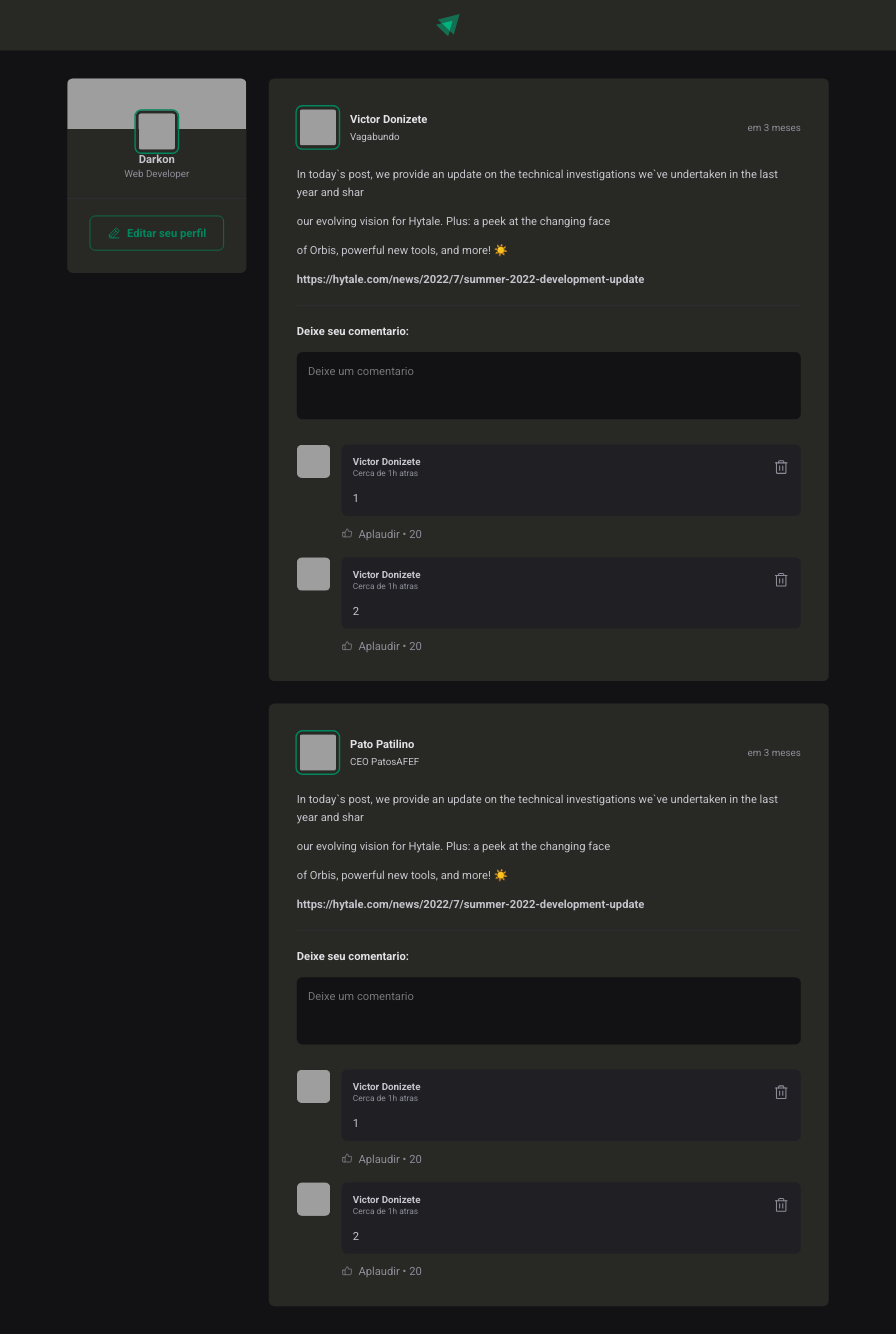
Repository: viviij/PseudoRedeSocial
Page: /
The author's editor kept a copy of each file at every save. The page is drawn from the files as they stood at one save, then again after the next save.
The browser window is 1280 px wide. The pictures show the whole page, at 70% of full size.
Pictures or frames that could not be fetched are drawn as grey boxes. The project was rebuilt for these pictures with package versions that can differ from the ones it lists, and the page was loaded fresh each time. Also part of the build but not shown: vite.config.js.

Above is the page before, as saved 2022-10-20 17:41:59.

### index.html
<!DOCTYPE html>
<html lang="en">
  <head>
    <meta charset="UTF-8" />
    <link rel="preconnect" href="https://fonts.googleapis.com">
    <link rel="preconnect" href="https://fonts.gstatic.com" crossorigin>
    <link rel="icon" type="image/svg+xml" href="/vite.svg" />
    <meta name="viewport" content="width=device-width, initial-scale=1.0" />
    <link href="https://fonts.googleapis.com/css2?family=Roboto:wght@400;700&display=swap" rel="stylesheet">
    <title>RedeSocial</title>
  </head>
  <body>
    <div id="root"></div>
    <script type="module" src="/src/main.jsx"></script>
  </body>
</html>

### src/App.jsx
import { Header } from "./components/header";
import { Sidebar } from "./components/Sidebar"
import { Post } from "./components/Post"

import styles from "./App.module.css"
import "./global.css"

const posts = [
  {
    id: 1,
    author: {
      avatarUrl: 'https://github.com/viviij.png',
      name: 'Victor Donizete',
      role: 'Vagabundo'
    },
    content: [
      {type: 'paragraph', content:  'In today`s post, we provide an update on the technical investigations we`ve undertaken in  the last year and shar'},
      {type: 'paragraph', content: 'our evolving vision for Hytale. Plus: a peek at the changing face'},
      {type: 'paragraph', content: 'of Orbis, powerful new tools, and more! ☀️'},
      {type: 'link', content: 'https://hytale.com/news/2022/7/summer-2022-development-update'},
    ],
    publishedAt: new Date('2022-10-15 20:00:00'),
  },

  {
    id: 2,
    author: {
      avatarUrl: 'https://github.com/pato.png',
      name: 'Pato Patilino',
      role: 'CEO PatosAFEF'
    },
    content: [
      {type: 'paragraph', content:  'In today`s post, we provide an update on the technical investigations we`ve undertaken in  the last year and shar'},
      {type: 'paragraph', content: 'our evolving vision for Hytale. Plus: a peek at the changing face'},
      {type: 'paragraph', content: 'of Orbis, powerful new tools, and more! ☀️'},
      {type: 'link', content: 'https://hytale.com/news/2022/7/summer-2022-development-update'},
    ],
    publishedAt: new Date('2022-10-17 20:00:00'),
  }
]

export function App() {
  return (
    <div>
      <Header />

      <div className={styles.wrapper}>
        <Sidebar />
        <main>
          {posts.map(post => {
            return (
            <Post
              author={post.author}
              content={post.content}
              publishedAt={post.publishedAt}

            />
          )
          })}
        </main>
      </div>
    </div>
  )
}

### src/components/header.jsx
import styles from "./Header.module.css"

import IgniteLogo from '../assets/IgniteLogo.svg'

export function Header() {
  return (
    <header className={styles.header}>
      <img src={IgniteLogo} alt="Logo da ignite" />
    </header>
  )
}

### src/components/Sidebar.jsx
import styles from "./Sidebar.module.css"
import { PencilLine } from "phosphor-react"
import { Avatar } from "./Avatar"

export function Sidebar() {
  return (
    <aside className={styles.sidebar}>
      <img
        className={styles.cover}
        src="https://images.unsplash.com/photo-1659095579647-7c1bbc73b36f?ixlib=rb-1.2.1&ixid=MnwxMjA3fDB8MHxlZGl0b3JpYWwtZmVlZHw1fHx8ZW58MHx8fHw%3D&auto=format&fit=crop&w=500&q=10" alt="plano de fundo"
      />

      <div className={styles.profile}>
        <Avatar
          src="https://github.com/viviij.png"
          alt="Foto de perfil"
        />

        <strong>Darkon</strong>
        <span>Web Developer</span>
      </div>

      <footer>
        <a
          href="#">
          <PencilLine
            size={20}
          />
          Editar seu perfil
        </a>
      </footer>
    </aside>
  )
}

### src/components/Post.jsx
import { format, formatDistanceToNow } from 'date-fns'
import ptBR from 'date-fns/locale/pt-BR'
import {useState} from 'react'

import { Avatar } from "./Avatar"
import { Comment } from "./Comment"
import styles from "./Post.module.css"

export function Post({ author, publishedAt, content }) {

  const [comments, setComments] = useState([
    1,
    2,
  ])

  const publishedDateFormatted = format(publishedAt, "d 'de' LLLL 'às' HH:mm'h'", {
    locale: ptBR,
  })

  const publishedDateRelativeToNow = formatDistanceToNow(publishedAt, {
    locale: ptBR,
    addSuffix: true,
  })

  function createNewComment (){
    event.preventDefault()

    setComments([...comments, comments.lenght + 1])
  }
  return (
    <article className={styles.post}>
      <header>
        <div className={styles.author}>
          <Avatar src={author.avatarUrl} alt="Foto do perfil" />
          <div className={styles.authorInfo}>
            <strong>{author.name}</strong>
            <span>{author.role}</span>
          </div>
        </div>
        <time title={publishedDateFormatted} dateTime={publishedAt.toISOString()}>{publishedDateRelativeToNow}</time>
      </header>

      <div className={styles.content}>
        {content.map(line => {
          if (line.type == 'paragraph') {
            return <p>{line.content}</p>;
          } else if (line.type == 'link' ) {
            return <p><a href="#">{line.content}</a></p>
          }
        })}
      </div>

      <form onSubmit={createNewComment} className={styles.commentForm}>
        <strong>Deixe seu comentario: </strong>

        <textarea
          placeholder="Deixe um comentario"
        />
        <footer>
          <button type="submit">Comentar</button>

        </footer>
      </form>

      <div className={styles.commentList}>
        {comments.map(comment => {
          console.log(comment)
          return <Comment content={comment}/>
        })}

      </div>
    </article>
  )
}

### src/App.module.css
.wrapper {
  max-width: 70rem;
  margin: 2rem auto;
  padding: 0.5rem 1rem;

  display: grid;
  grid-template-columns: 256px 1fr;
  gap: 2rem;
  align-items: flex-start;

}

@media(max-width: 768px) {
  html {
    font-size: 84.375%;
    /*13.5px*/
  }

  .wrapper {
    grid-template-columns: 1fr;
  }
}

### src/global.css
:root {
  --white: #ffffff;

  --gray-100: #e1e1e6;
  --gray-300: #c4c4cc;
  --gray-400: #8d8d99;
  --gray-600: #323238;
  --gray-700: #29292e;
  --grey-750: #202024;
  --gray-800: #282824;
  --gray-900: #121214;

  --green-300: #00B37E;
  --green-500: #00875f;

  --red-500: #F75A68;
}

:focus {
  outline: transparent;
  box-shadow: 0 0 0 2px var(--green-500)
}

* {
  margin: 0;
  padding: 0;
  box-sizing: border-box;
}

body {
  background: var(--gray-900);
  color: var(--gray-300);
  -webkit-font-smoothing: antialiased;
}

body,
input,
textarea,
button {
  font-family: 'Roboto', sans-serif;
  font-weight: 400;
  font-size: 1rem;
}

### src/components/Sidebar.module.css
.sidebar {
  background: var(--gray-800);
  border-radius: 8px;
  overflow: hidden;
}

.cover {
  width: 100%;
  height: 72px;
  object-fit: cover;
}

.profile {
  display: flex;
  flex-direction: column;
  align-items: center;

  margin-top: calc(0px - 1.5rem - 6px);
}


.prfile strong {
  margin: 1rem;
  color: var(--gray-100);
  line-height: 1.6;
}

.profile span {
  font-size: 0.875rem;
  color: var(--gray-400);
  line-height: 1.6;
}

.sidebar footer {
  border-top: 1px solid var(--gray-600);
  margin-top: 1.5rem;
  padding: 1.5rem 2rem 2rem;
}

.sidebar footer a {
  width: 100%;
  background: transparent;
  color: var(--green-500);
  border: 1px solid var(--green-500);
  border-radius: 8px;
  height: 50px;
  padding: 0 1.5rem;
  font-weight: bold;
  display: block;
  text-decoration: none;

  display: flex;
  align-items: center;
  justify-content: center;

  gap: 0.5rem;

  transition: color 0.5s, background-color 0.5s;
}

.sidebar footer a:hover {
  background: var(--green-500);
  color: var(--white)
}

### src/components/Avatar.jsx
import styles from "./Avatar.module.css"

export function Avatar({ hasBorder = true, src }) {
  return (
    <img
      src={src}
      className={hasBorder ? styles.avatarWithBorder : styles.avatar}
    />
  )
}

### src/components/Comment.jsx
import { ThumbsUp, Trash } from "phosphor-react"
import { Avatar } from "./Avatar"
import styles from "./Comment.module.css"

export function Comment({content}) {
  return (
    <div className={styles.comment}>
      <Avatar hasBorder={false} src="https://github.com/viviij.png" alt="Imagem de perfil" />

      <div className={styles.commentBox}>
        <div className={styles.commentContent}>
          <header>
            <div className={styles.authorAndTime}>
              <strong>Victor Donizete</strong>
              <time
                title="1 de agosto as 00:13h"
                dateTime="2022-05-11 00:13:46">Cerca de 1h atras
              </time>
            </div>

            <button title="deletar comentario">
              <Trash size={24} />
            </button>
          </header>

          <p>{content}</p>
        </div>

        <footer>
          <button>
            <ThumbsUp />
            Aplaudir <span>20</span>
          </button>
        </footer>
      </div>
    </div>
  )
}

### src/components/Post.module.css
.post {
  background: var(--gray-800);
  border-radius: 8px;
  padding: 2.5rem;
}

.post+.post {
  margin-top: 2rem;
}

.content {
  line-height: 1.6;
  color: var(--gray-300);
  margin-top: 1.5rem;
}

.content p {
  margin-top: 1rem;
}

.content a {
  font-weight: bold;
  color: var(--gray-500);
  text-decoration: none;
}

.content a:hover {
  color: var(--green-300);
}

.post>header {
  display: flex;
  align-items: center;
  justify-content: space-between;
}

.post>header time {
  font-size: 0.875rem;
  color: var(--gray-400);
}

.author {
  display: flex;
  align-items: center;
  gap: 1rem;
}

.author img {
  width: calc(3rem + 12px);
  height: calc(3rem + 12px);
  border-radius: 8px;
  border: 4px solid var(--gray-800);
  outline: 2px solid var(--green-500);
}

.authorInfo strong {
  display: block;
  color: var(--gray-100);
  line-height: 1.6;
}

.authorInfo span {
  display: block;
  font-size: 0.875rem;
  color: var(--grey-400);
  line-height: 1.6;
}

.commentForm {
  width: 100%;
  margin-top: 1.5rem;
  padding-top: 1.5rem;
  border-top: 1px solid var(--gray-600);
}

.commentForm>strong {
  line-height: 1.6;
  color: var(--gray-100);
}

.commentForm textarea {
  width: 100%;
  background: var(--gray-900);
  border: 0;
  resize: none;
  height: 6rem;
  padding: 1rem;
  border-radius: 8px;
  color: var(--gray-100);
  line-height: 1.4;
  margin-top: 1rem;
}

.commentForm footer {
  visibility: hidden;
  max-height: 0;

}

.commentForm:focus-within footer {
  visibility: visible;
  max-height: none;
  transition: 1s;
}

.commentForm button[type=submit] {
  padding: 1rem 1.5rem;
  margin-top: 1rem;
  border-radius: 8px;
  border: 0;
  background: var(--green-500);
  color: var(--white);
  font-weight: bold;
  cursor: pointer;

  transition: background-color 0.5s;
}

.commentForm button[type=submit]:hover {
  background: var(--green-300);
}

.commentList {
  margin-top: 2rem;
}

### src/components/Comment.module.css
.comment {
  margin-top: 1.5rem;
  display: flex;
  gap: 1rem;
}



.commentBox {
  flex: 1;
}

.commentContent {
  background: var(--grey-750);
  border-radius: 8px;
  padding: 1rem;
}

.commentContent header {
  display: flex;
  align-items: center;
  justify-content: space-between;
}

.authorAndTime strong {
  display: block;
  font-size: 0.875rem;
  justify-content: space-between;
}

.authorAndTime time {
  display: block;
  font-size: 0.75rem;
  line-height: 1.6;
  color: var(--gray-400);
}

.commentContent header button {
  background: transparent;
  border: 0;
  color: var(--gray-400);
  cursor: pointer;
  line-height: 0;
  border-radius: 2px;
}

.commentContent header button:hover {
  color: var(--red-500);
}

.commentContent p {
  margin-top: 1rem;
  color: var(--grey-300);
}

.commentBox footer {
  margin-top: 1rem;
}

.commentBox footer button {
  background: transparent;
  border: 0;
  color: var(--gray-400);
  cursor: pointer;

  display: flex;
  align-items: center;

  border-radius: 2px;
}

.commentBox footer button:hover {
  color: var(--green-300);
}

.commentBox footer button svg {
  margin-right: 0.5rem;
}

.commentBox footer button span::before {
  padding: 0.25rem;
  content: "\2022";
}

Loaded but not shown: src/main.jsx (common file); src/components/Header.module.css (common file); src/components/Avatar.module.css (common file)

After the next save:
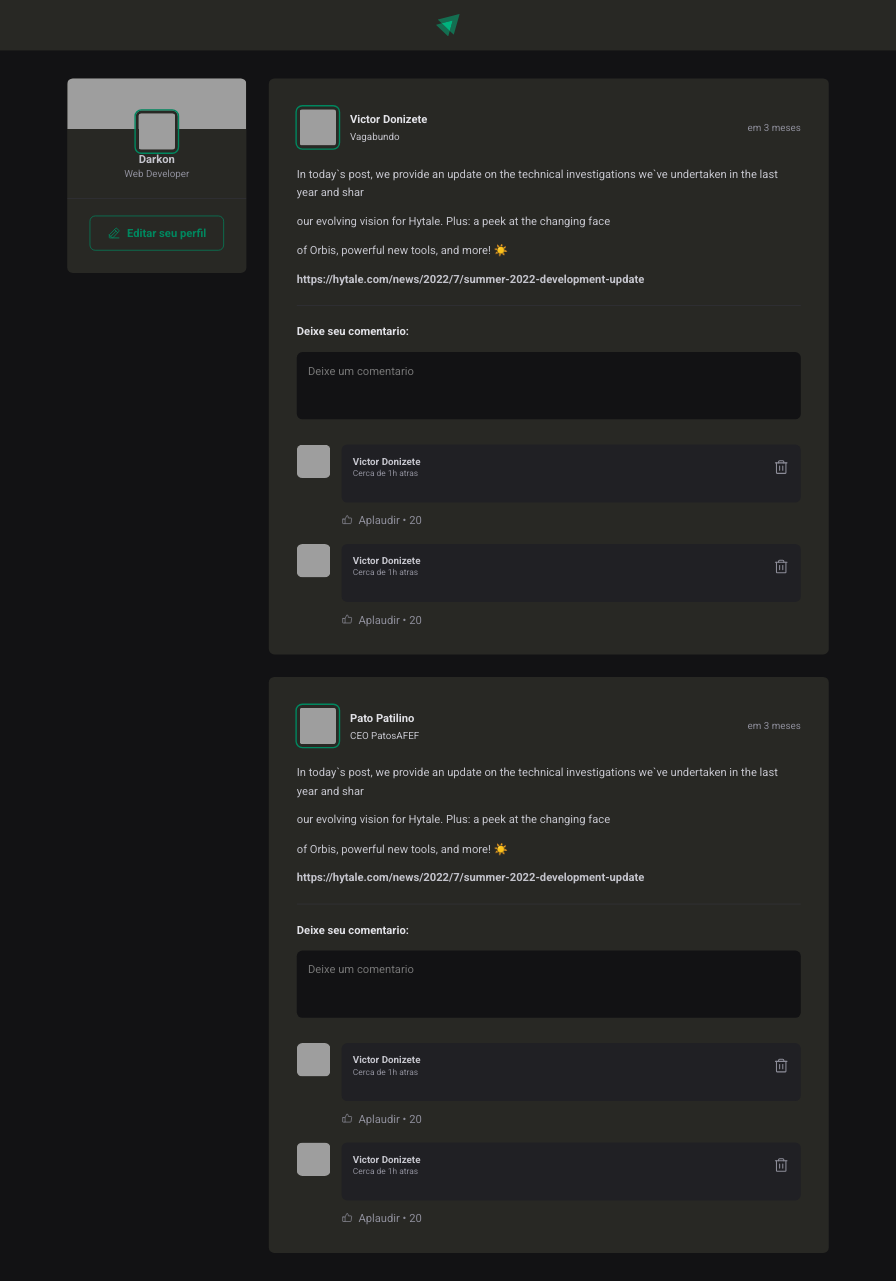
Saved 60 s later.
--- a/src/components/Post.jsx
+++ b/src/components/Post.jsx
@@ -65,7 +65,7 @@
       <div className={styles.commentList}>
         {comments.map(comment => {
           console.log(comment)
-          return <Comment content={comment}/>
+          return <Comment/>
         })}
 
       </div>

After the save that followed:
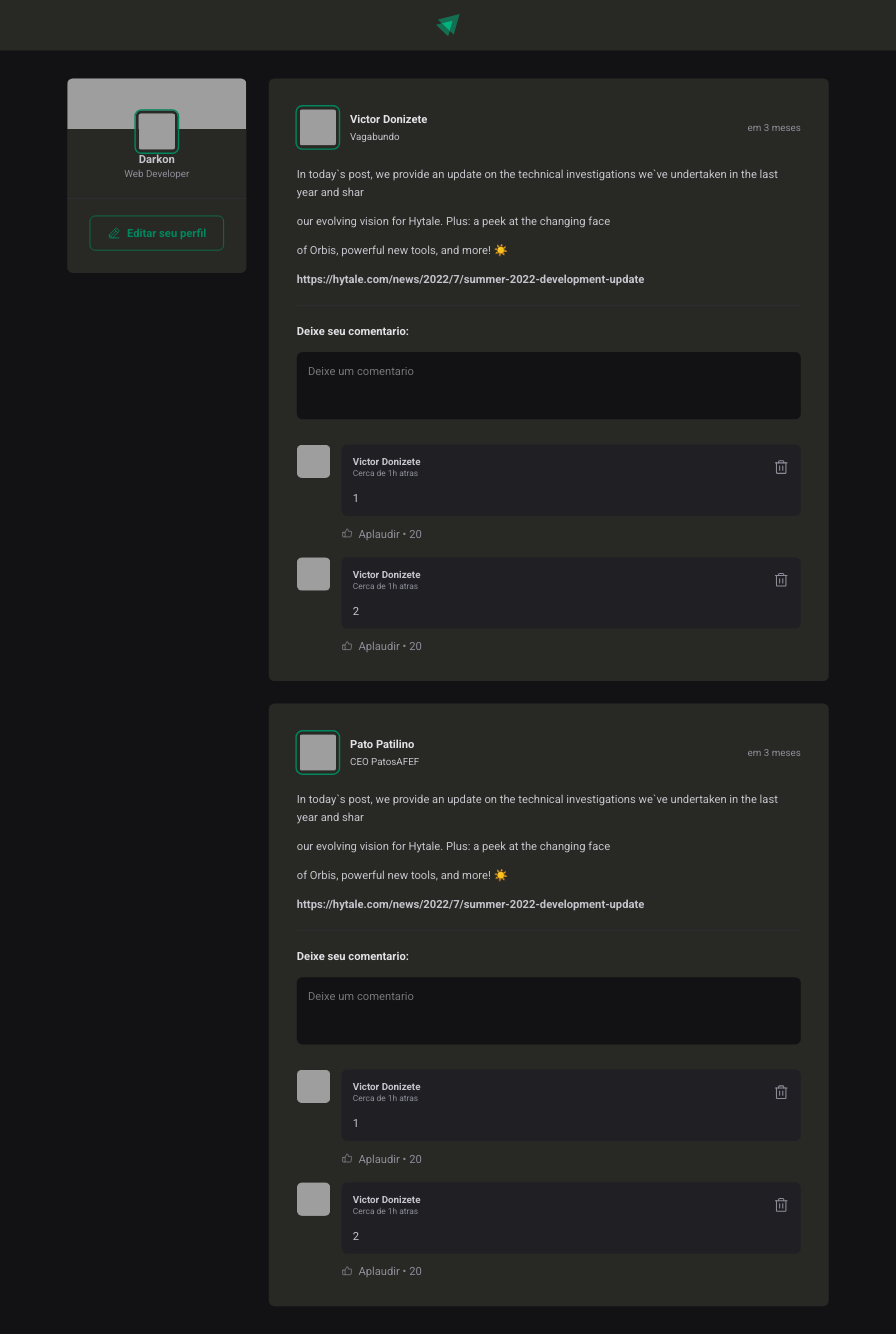
Saved 27 s later.
--- a/src/components/Post.jsx
+++ b/src/components/Post.jsx
@@ -65,7 +65,7 @@
       <div className={styles.commentList}>
         {comments.map(comment => {
           console.log(comment)
-          return <Comment/>
+          return <Comment content={comment}/>
         })}
 
       </div>
